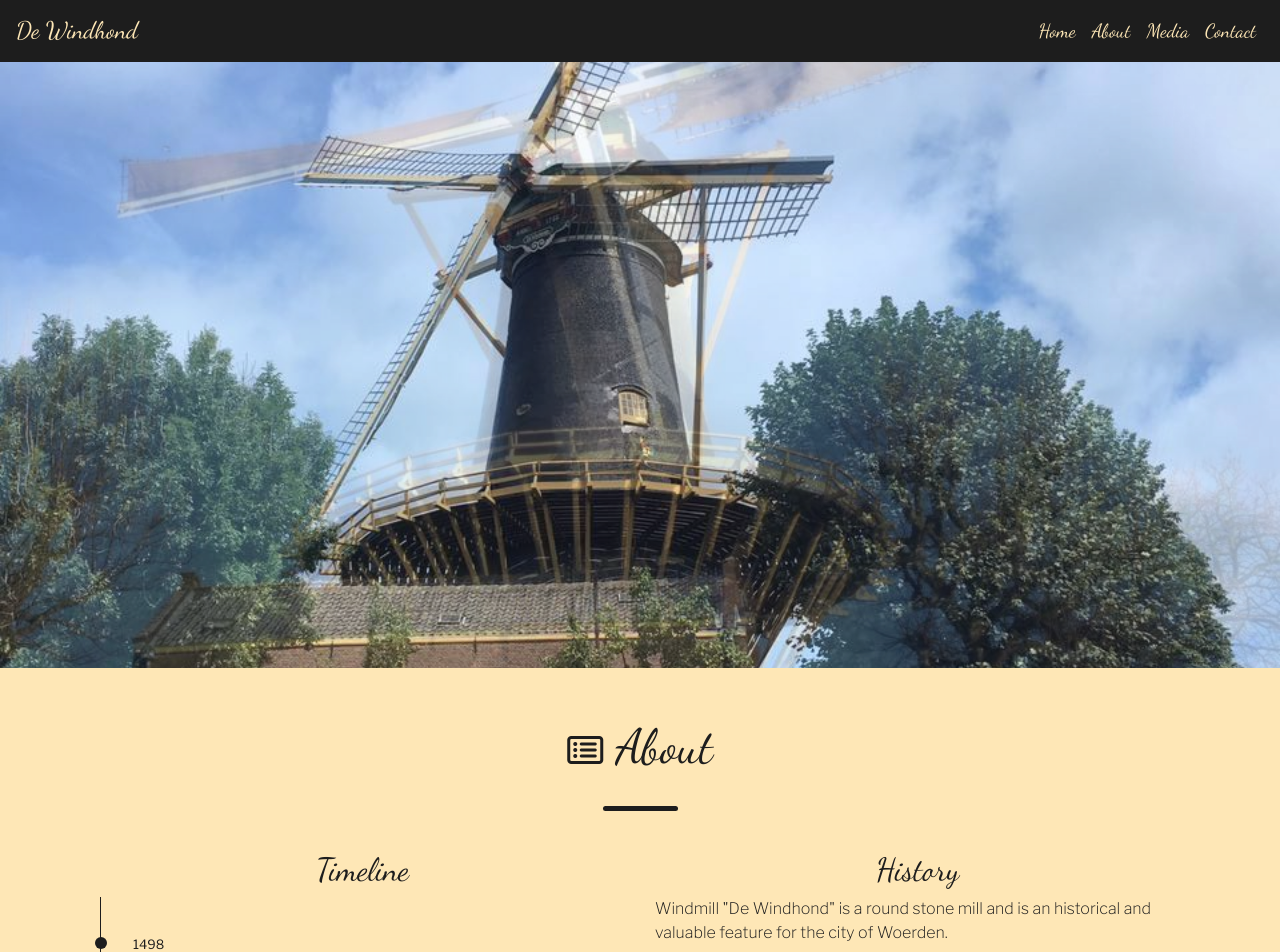
Repository: jdl208/DeWindhond
Page: index.html
The author's editor kept a record of every edit. The page is drawn from the files as they stood at one moment, then again after the next edit.
The browser window is 1280 px wide. The pictures show the part of the page from y = 0 to 952 px (the page is 2972 px tall before and 3044 px after).
Some web libraries are served in a nearby version.

Above is the page before.

### index.html
<!DOCTYPE html>
<html lang="en">

<head>
    <meta charset="UTF-8">
    <meta name="viewport" content="width=device-width, initial-scale=1.0">
    <meta http-equiv="X-UA-Compatible" content="ie=edge">
    <title>Windmill "De Windhond"</title>
    <link rel="stylesheet" href="https://stackpath.bootstrapcdn.com/bootstrap/4.3.1/css/bootstrap.min.css" integrity="sha384-ggOyR0iXCbMQv3Xipma34MD+dH/1fQ784/j6cY/iJTQUOhcWr7x9JvoRxT2MZw1T" crossorigin="anonymous">
    <link href="https://fonts.googleapis.com/css?family=Dancing+Script:400,700&display=swap" rel="stylesheet">
    <link rel="stylesheet" href="assets/css/style.css" type="text/css" />

</head>

<body>

    <!-- Navigation-->
    <a href="" class="anchor" id="home"></a>
    <nav class="navbar fixed-top navbar-expand-md navbar-dark dark-bg">
        <a class="navbar-brand" href="#home">De Windhond</a>
        <button id="navbar-toggle-icon" class="navbar-toggler" type="button" data-toggle="collapse" data-target="#navbarTogglerDemo02" aria-controls="navbarTogglerDemo02" aria-expanded="false" aria-label="Toggle navigation">
                <i class="fas fa-bars"></i>
            </button>

        <div class="collapse navbar-collapse" id="navbarTogglerDemo02">
            <ul class="navbar-nav ml-auto mt-2 mt-lg-0">
                <li class="nav-item ml-auto nav--link">
                    <a class="nav-link" href="#home"><strong>Home</strong><span class="sr-only">(current)</span></a>
                </li>
                <li class="nav-item ml-auto nav--link">
                    <a class="nav-link" href="#about"><strong>About</strong></a>
                </li>
                <li class="nav-item ml-auto nav--link">
                    <a class="nav-link" href="#media"><strong>Media</strong></a>
                </li>
                <li class="nav-item ml-auto nav--link">
                    <a class="nav-link" href="#contact"><strong>Contact</strong></a>
                </li>
            </ul>
        </div>
    </nav>

    <!--Header image slider-->

    <header class="top-section">
        <div class="jumbotron sectioncontainer carousel-wrapper">


            <!--Preload images so you you wont see a hickup in the slider -->

            <img class="d-none" src="assets/images/img1.jpg" />
            <img class="d-none" src="assets/images/img2.jpg" />
            <img class="d-none" src="assets/images/img3.jpg" />
            <img class="d-none" src="assets/images/img4.jpg" />
            <img class="d-none" src="assets/images/img5.jpg" />
            <img class="d-none" src="assets/images/img6.jpg" />
            <img class="d-none" src="assets/images/img7.jpg" />

            <div class="bg-image-slider">

            </div>
        </div>
    </header>

    <!-- About -->
    <a href="" class="anchor" id="about"></a>
    <section class="light-bg sectioncontainer">
        <div class="container about">
            <h2><i class="far fa-list-alt media-icon"></i> About</h2>
            <hr class="block-divider dark-divider">

            <div class="row">
                <div class="col-md-6">
                    <h4>Timeline</h4>
                    <div class="history-items">
                        <div class="timeline-item" data-dates="1498">
                            <p>The first mill was build on top of the city wall.</p>
                        </div>
                        <div class="timeline-item" data-dates="1755">
                            <p>De Windhond was build on the spot of the original mill.</p>
                        </div>
                        <div class="timeline-item" data-dates="1977">
                            <p>The mill was sold to the city of Woerden. Whom restored the mill to it's original state.</p>
                        </div>
                        <div class="timeline-item" data-dates="2011">
                            <p>The new miller Karel Dolman is going to work in De Windhond and is going to make the mill functioning again untill this day.</p>
                        </div>
                    </div>
                </div>
                <div class="col-md-6">
                    <hr class="block-divider dark-divider d-md-none">
                    <h4>History</h4>
                    <p>Windmill "De Windhond" is a round stone mill and is an historical and valuable feature for the city of Woerden.</P>
                    <p>The mill stands on one of the last pieces of city wall, originally part of a bastion belonging to the city walls of old Woerden. De Windhond has a flight of 25.2 meters. The interior of the mill is largely in authentic condition.</p>
                    <p>The mill doesn't work on full production. The flour made at the mill is used at various points of sale. In addition, a number of bakers in Woerden sell bread with flour from the mill.</p>
                    <p>The miller Karel Dolman lives in the house at the bottom of the mill. He divides his time between his job as a mill repairman and working at De Windhond.</p>
                </div>
            </div>
        </div>

    </section>

    <!-- Media section-->
    <a href="" class="anchor" id="media"></a>

    <section class="dark-bg mediabox sectioncontainer">
        <H2><i class="fas fa-photo-video media-icon"></i> Media</H2>
        <hr class="block-divider yellow-divider">
        <div class="row mediarow">
            <div class="col-xl-6 ytclip">
                <h4>Impression of the mill</h4>

                <iframe width="560" height="315" src="https://www.youtube.com/embed/qNwYElhLL6A" frameborder="0" allow="accelerometer; autoplay; encrypted-media; gyroscope; picture-in-picture" allowfullscreen></iframe>
            </div>
            <!--</div>-->

            <hr class="block-divider dark-divider d-xl-none">

            <!--<div class="row mediarow">-->
            <div class="col-xl-6 ytclip">
                <h4>Interview with Karel Dolman the miller</h4>

                <iframe width="560" height="315" src="https://www.youtube.com/embed/lAjF5r5rAqM" frameborder="0" allow="accelerometer; autoplay; encrypted-media; gyroscope; picture-in-picture" allowfullscreen></iframe>
            </div>
        </div>
    </section>

    <!-- Contact-->

    <a href="" class="anchor" id="contact"></a>
    <section class="sectioncontainer light-bg">
        <div class="container">
            <h2><i class="fas fa-mobile-alt media-icon"></i> Contact</h2>
            <hr class="block-divider dark-divider">
            <div class="row">
                <div class="col-md-6 contact_visiting">
                    <table>
                        <h5><i class="fas fa-home"></i> Opening hours</h5>
                        <tr>
                            <td>Wednesday</td>
                            <td>14:00 - 16:00</td>
                        </tr>
                        <tr>
                            <td>Friday</td>
                            <td>10:00 - 16:00*</td>
                        </tr>
                        <tr>
                            <td>Saturday</td>
                            <td>10:00 - 16:00</td>
                        </tr>
                        <tr class="footnote_opening">
                            <td>* Only when the mill is working.</td>
                        </tr>

                    </table>
                </div>
                <div class="col-md-6 contact_visiting">

                    <h5><i class="fas fa-directions"></i> Address</h5>
                    <p>Windmaalbedrijf de Windhond<br> Wilhelminaweg 1<br> 3441 XB Woerden
                    </p>
                    <h5><i class="fas fa-phone-alt"></i> Telephone</h5>
                    <p> +31 (0) 6 - 4205 1066</p>

                </div>

            </div>

            <div class="row">
                <div class="col-12 contact-form">
                    <h5><i class="far fa-comments"></i> Message us!</h5>
                    <div class="form-group">
                        <input type="text" class="form-control" placeholder="Enter name" required>
                    </div>
                    <div class="form-group">
                        <input type="email" class="form-control" placeholder="Enter email" required>
                    </div>
                    <div class="form-group">
                        <textarea class="form-control" rows="5" Placeholder="Enter your question or comment here. We usually reply within 5 working days." required></textarea>
                    </div>
                    <button type="submit" class="btn btn--dark">Send</button>
                    </form>
                </div>
            </div>
    </section>

    <footer class="dark-bg footer">
        <div class="row">
            <div class="col-12">
                <ul class="list-inline">
                    <li class="list-inline-item"><a class="light-link" href="https://www.facebook.com/windmaalbedrijfdewindhond?pnref=story"><i class="fab fa-facebook-square socialicon"></i></a></li>
                    <li class="list-inline-item"><a class="light-link" href="#"><i class="fab fa-twitter-square socialicon"></i></a></li>
                    <li class="list-inline-item"><a class="light-link" href="#"><i class="fab fa-instagram socialicon"></i></a></li>
                    <li class="list-inline-item"><a class="light-link" href="#"><i class="fab fa-pinterest-square socialicon"></i></a></li>
                    <li class="list-inline-item"><a class="light-link" href="#"><i class="fab fa-snapchat-square socialicon"></i></a></li>
                </ul>
            </div>
        </div>
        <p class="copyright">Copyright onLion Web Development 2019</p>

    </footer>

    <script src="https://code.jquery.com/jquery-3.3.1.slim.min.js" integrity="sha384-q8i/X+965DzO0rT7abK41JStQIAqVgRVzpbzo5smXKp4YfRvH+8abtTE1Pi6jizo" crossorigin="anonymous"></script>
    <script src="https://cdnjs.cloudflare.com/ajax/libs/popper.js/1.14.7/umd/popper.min.js" integrity="sha384-UO2eT0CpHqdSJQ6hJty5KVphtPhzWj9WO1clHTMGa3JDZwrnQq4sF86dIHNDz0W1" crossorigin="anonymous"></script>
    <script src="https://stackpath.bootstrapcdn.com/bootstrap/4.3.1/js/bootstrap.min.js" integrity="sha384-JjSmVgyd0p3pXB1rRibZUAYoIIy6OrQ6VrjIEaFf/nJGzIxFDsf4x0xIM+B07jRM" crossorigin="anonymous"></script>
    <script src="https://kit.fontawesome.com/70761e8d6e.js"></script>

</body>

</html>

### assets/css/style.css
@import url('https://fonts.googleapis.com/css?family=Dancing+Script:400,700|Libre+Franklin:200,300,400,700&display=swap');

html {
    scroll-behavior: smooth;
}

body {
    font-family: "Libre Franklin";
    font-weight: 200;
}

.sectioncontainer {
    padding-top: 50px;
    padding-bottom: 80px;
}

.anchor {
    display: block;
    position: relative;
    top: -56px;
    visibility: hidden;
}

.block-divider {
    width: 75px;
    height: 5px;
    border: 0;
    border-radius: 15px;
    margin-top: 30px;
    margin-bottom: 40px;
}

/* ---------------------------------------------- Colors */

.dark-bg {
    color: #fee7b6;
    background-color: #1d1d1d;
}

.light-bg {
    background-color: #fee7b6;
    color: rgb(29, 29, 29);
}

.yellow-divider {
    background-color: #fee7b6;
}

.dark-divider {
    background-color: rgb(29, 29, 29);
}

.light-link {
    color: #fee7b6;
}

.btn--dark {
    color: #fee7b6;
    background-color: rgba(29, 29, 29, 1);
    text-align: center;
}

.btn--dark:hover {
    color: #dec080;
    background-color: #000;
}


/* ---------------------------------------------- Headings */

h2,
h3,
h4 {
    font-family: "dancing script";
    text-align: center;
    font-size: 3rem;
}

h4 {
    font-size: 2rem;
}

.media-icon {
    font-size: 32px;
}

/* ---------------------------------------------- Navbar */

.navbar {
    font-family: "dancing script";
    font-size: 1.2rem;
}

.navbar-brand {
    font-size: 1.5rem;
}

.navbar-brand:hover {
    color: #dec080;
}

.navbar-dark .navbar-brand {
    color: #fee7b6;
}

.navbar-dark .navbar-brand:hover {
    color: #dec080;
}


#navbar-toggle-icon {
    border: 0;
    color: #fee7b6;
}

.navbar-dark .navbar-nav .nav-link {
    color: #fee7b6;
}

.navbar-dark .navbar-nav .nav-link:hover {
    color: #dec080;
}


/* ---------------------------------------------- Header */

.top-section {
    padding: 0;
}

.carousel-wrapper {
    position: relative;
    top: 56px;
    margin: 0 0 56px 0;
    padding: 0;
}

.bg-image-slider {
    height: 85vh;
    width: 100%;
    animation-name: bgslider;
    animation-duration: 42s;
    animation-timing-function: ease-in;
    animation-iteration-count: infinite;
    background-image: url("../images/img1.jpg");
    background-size: cover;
    background-repeat: no-repeat;
    background-position: center;
}

@keyframes bgslider {
    0% {
        background-image: url("../images/img1.jpg");
    }
    10% {
        background-image: url("../images/img1.jpg");
    }
    14% {
        background-image: url("../images/img2.jpg");
    }
    24% {
        background-image: url("../images/img2.jpg");
    }
    28% {
        background-image: url("../images/img3.jpg");
    }
    38% {
        background-image: url("../images/img3.jpg");
    }
    42% {
        background-image: url("../images/img4.jpg");
    }
    52% {
        background-image: url("../images/img4.jpg");
    }
    56% {
        background-image: url("../images/img5.jpg");
    }
    66% {
        background-image: url("../images/img5.jpg");
    }
    70% {
        background-image: url("../images/img6.jpg");
    }
    80% {
        background-image: url("../images/img6.jpg");
    }
    84% {
        background-image: url("../images/img7.jpg");
    }
    95% {
        background-image: url("../images/img7.jpg");
    }
    100% {
        background-image: url("../images/img1.jpg");
    }
}

/* ---------------------------------------------- About */

.history-heading {
    margin-bottom: 50px;
}

.timeline-item {
    padding: 4em 2em 0em 2em;
    position: relative;
    border-left: 1px solid;
}

.timeline-item p {
    padding: 0;
    margin: 0;
}

.timeline-item:before {
    content: attr(data-dates);
    position: absolute;
    left: 2.5em;
    top: 3em;
    display: block;
    font-weight: 500;
    font-size: 0.8em;
    padding: 0;
    margin: 0;
}

.timeline-item:after {
    width: 12px;
    height: 12px;
    display: block;
    top: 2.5em;
    position: absolute;
    left: -6px;
    border-radius: 12px;
    content: '';
    background: rgb(29, 29, 29);

}

/* ---------------------------------------------- Media */

.row {
    margin: 0;
}

.ytclip {
    text-align: center;
    padding: 0 20px;
}

iframe {
    max-width: 80vw;
}

/* ---------------------------------------------- Contact */

.contact_visiting {
    text-align: center;
}

.contact_visiting table {
    text-align: left;
    margin: auto;
}

.contact_visiting h5 {
    margin-top: 25px;
}

.footnote_opening {
    font-size: smaller;
    font-style: italic;
}


.contact-form {
    margin: auto;
    text-align: center;
    margin-top: 50px;
    max-width: 500px;
}

.contact-form .btn--dark {
    width: 100px;
}


/* ---------------------------------------------- Footer */

.footer {
    text-align: center;
    padding: 10px;
    margin-bottom: 0;
}

.footerlist {
    list-style-type: none;
}

.list-item-footer {
    display: inline-block;
    color: #fee7b6;
}

.socialicon {
    font-size: 30px;
}

.socialicon:hover {
    color: #dec080
}

.copyright {
    font-weight: 200;
    font-size: 0.5rem;
    text-align: center;
}

After the next edit:
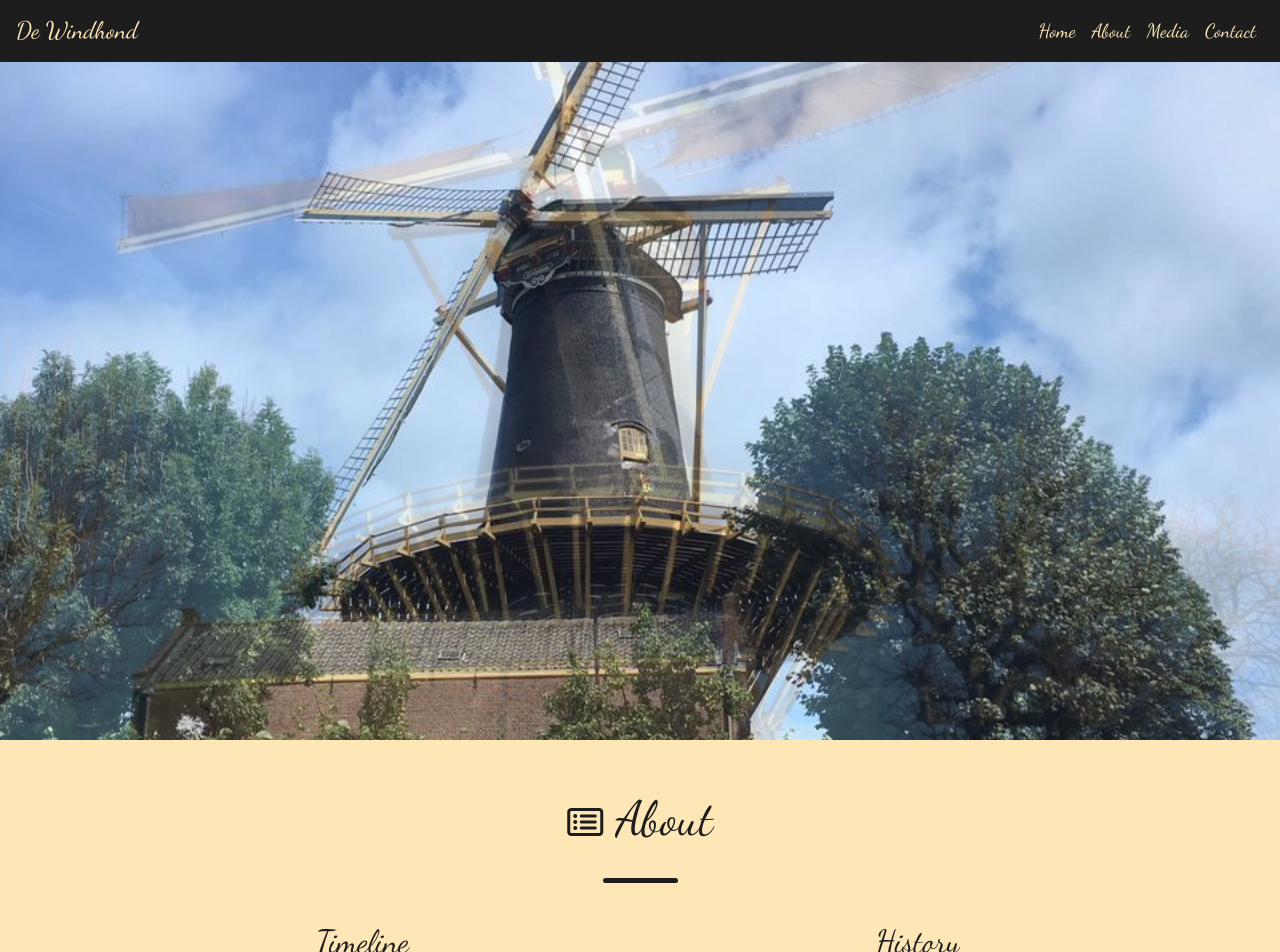
The edit:
--- a/assets/css/style.css
+++ b/assets/css/style.css
@@ -136,7 +136,7 @@
 }
 
 .bg-image-slider {
-    height: 85vh;
+    height: 95vh;
     width: 100%;
     animation-name: bgslider;
     animation-duration: 42s;
